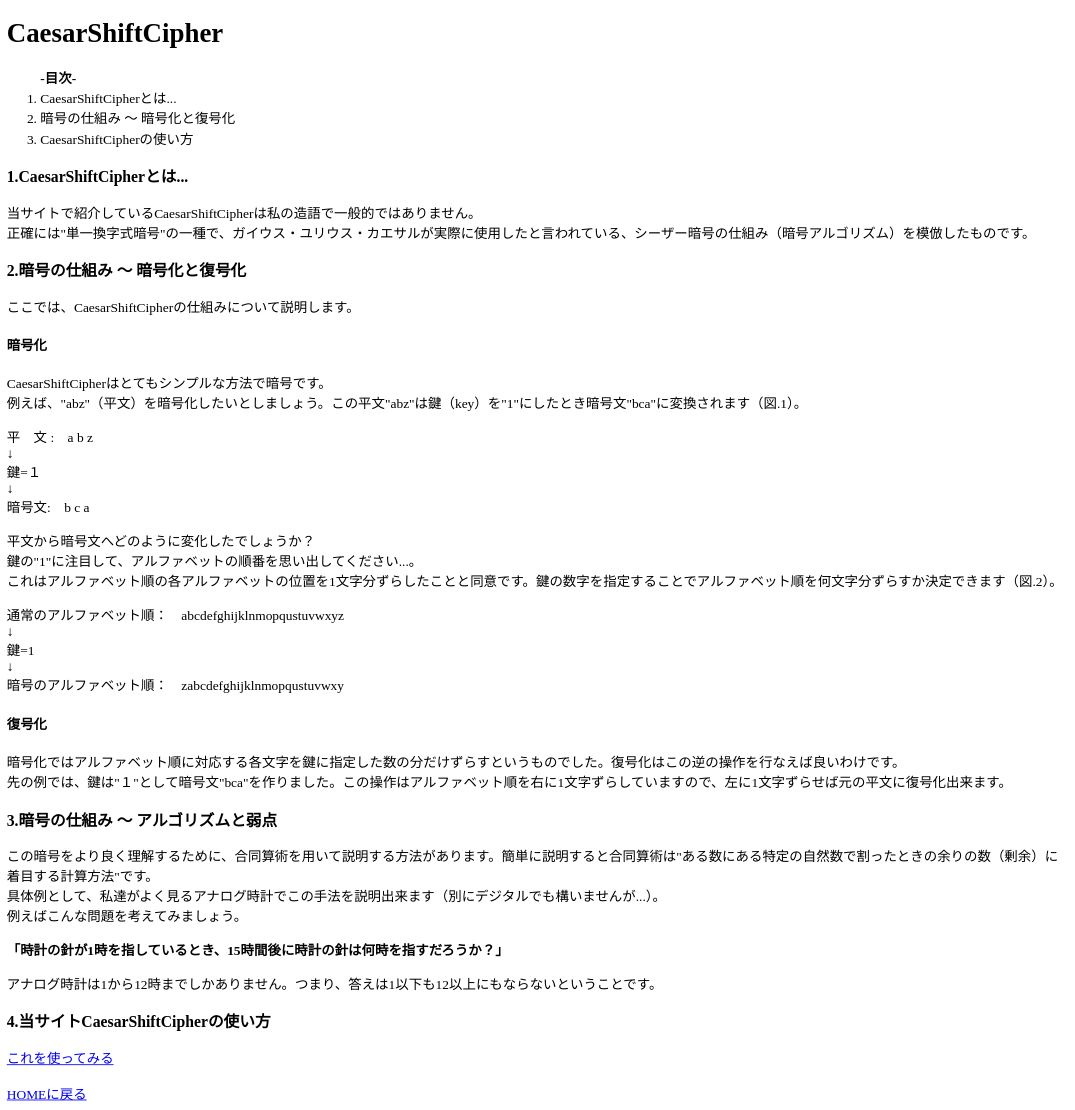
Repository: RantaWatari/TEST
Page: http://localhost/CipherProject/CipherMore?page=1
An editor plug-in stored every save of this project. The page is shown before and after the next save, followed by the edit.
The browser window is 1280 px wide. The pictures show the whole page, at 84% of full size.
The page is served by Tomcat 9.

Above is the page before, as saved 2017-07-26 06:42:37.

After the next save:
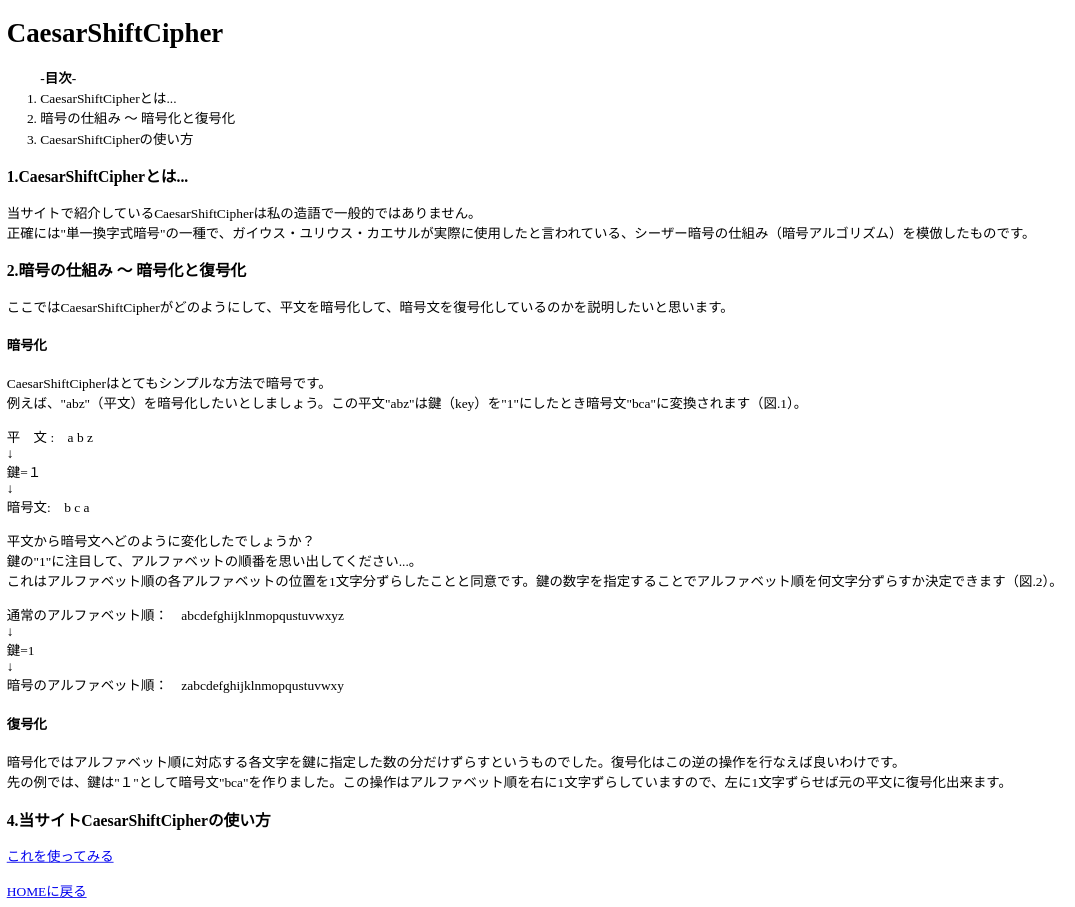
Saved 5 min 8 s later.
--- a/CipherProject/WebContent/WEB-INF/jsp/CaesarShiftCipher.jsp
+++ b/CipherProject/WebContent/WEB-INF/jsp/CaesarShiftCipher.jsp
@@ -20,7 +20,7 @@
 	<p>当サイトで紹介しているCaesarShiftCipherは私の造語で一般的ではありません。<br>
 		正確には"単一換字式暗号"の一種で、ガイウス・ユリウス・カエサルが実際に使用したと言われている、シーザー暗号の仕組み（暗号アルゴリズム）を模倣したものです。</p>
 <h3>2.暗号の仕組み ～ 暗号化と復号化</h3>
-	<p>ここでは、CaesarShiftCipherの仕組みについて説明します。</p>
+	<p>ここではCaesarShiftCipherがどのようにして、平文を暗号化して、暗号文を復号化しているのかを説明したいと思います。</p>
 	<h4>暗号化</h4>
 		<p>CaesarShiftCipherはとてもシンプルな方法で暗号です。<br>
 			例えば、"abz"（平文）を暗号化したいとしましょう。この平文"abz"は鍵（key）を"1"にしたとき暗号文"bca"に変換されます（図.1）。</p>
@@ -32,13 +32,6 @@
 	<h4>復号化</h4>
 		<p>暗号化ではアルファベット順に対応する各文字を鍵に指定した数の分だけずらすというものでした。復号化はこの逆の操作を行なえば良いわけです。<br>
 			先の例では、鍵は"１"として暗号文"bca"を作りました。この操作はアルファベット順を右に1文字ずらしていますので、左に1文字ずらせば元の平文に復号化出来ます。</p>
-<h3>3.暗号の仕組み ～ アルゴリズムと弱点</h3>
-	<p>この暗号をより良く理解するために、合同算術を用いて説明する方法があります。簡単に説明すると合同算術は"ある数にある特定の自然数で割ったときの余りの数（剰余）に着目する計算方法"です。<br>
-		具体例として、私達がよく見るアナログ時計でこの手法を説明出来ます（別にデジタルでも構いませんが...）。<br>
-		例えばこんな問題を考えてみましょう。</p>
-		<strong>「時計の針が1時を指しているとき、15時間後に時計の針は何時を指すだろうか？」</strong>
-	<p>アナログ時計は1から12時までしかありません。つまり、答えは1以下も12以上にもならないということです。</p>
-
 <h3>4.当サイトCaesarShiftCipherの使い方</h3>
 	<p></p>
 <a href="http://localhost/CaesarShiftCipher/CaesarShiftCipher">これを使ってみる</a><br><br>
